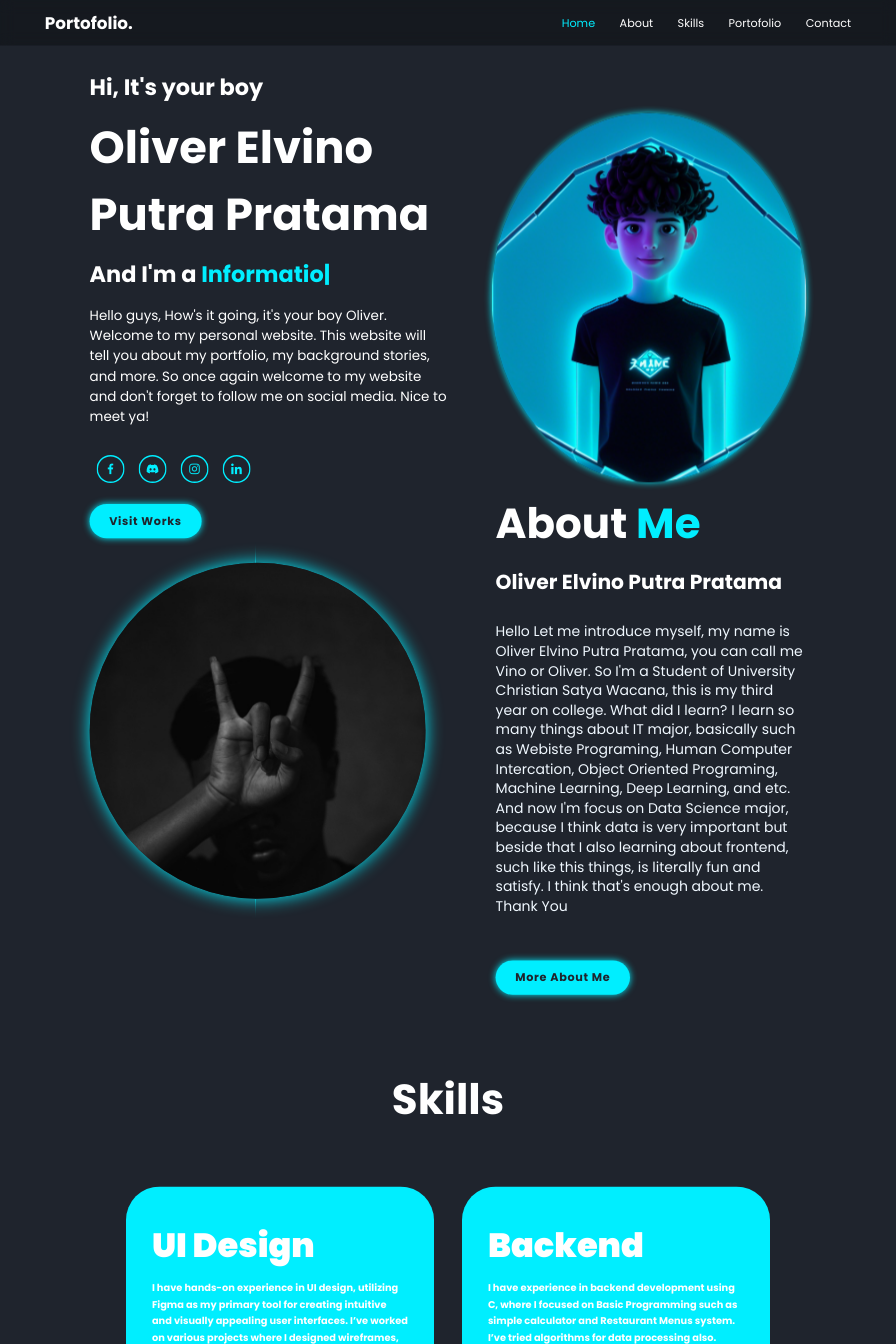
Repository: Olovrelvino/personalWebsite-HtmlCssJs-project
Page: main.html
An editor plug-in stored every save of this project. The page is shown before and after the next save, followed by the edit.
The browser window is 1280 px wide. The pictures show the part of the page from y = 0 to 1920 px (the page is 3629 px tall before and 3600 px after), at 70% of full size.
Some web libraries are served in a nearby version.

Above is the page before, as saved 2024-09-23 22:50:48.

### main.html
<!DOCTYPE html>
<html lang="en">
<head>
    <meta charset="UTF-8">
    <meta name="viewport" content="width=device-width, initial-scale=1.0">
    <title>Oliver's Portofolio</title>
    <link href='https://unpkg.com/boxicons@2.1.4/css/boxicons.min.css' rel='stylesheet'>
    <link rel="stylesheet" href="style.css">
</head>

<body>

    <!-- NAVBAR SECTION -->
    <header class="header">
        <a href="#" class="logo">Portofolio.</a>

        <nav class="navbar">
          <div class="hamburger-menu">
            <div class="bar"></div>
            <div class="bar"></div>
            <div class="bar"></div>
          </div>
          <ul class="nav-menu">
            <li><a href="#home" class="nav-links" style="--i:1;">Home</a></li>
            <li><a href="#about" class="nav-links" style="--i:2;">About</a></li>
            <li><a href="#Skills" class="nav-links" style="--i:3;">Skills</a></li>
            <li><a href="portofolio.html" class="nav-links" style="--i:4;">Portofolio</a></li>
            <li><a href="#contact" class="nav-links" style="--i:5;">Contact</a></li>
          </ul>
        </nav>
      </header>

      <!-- HOME SECTION -->
      <section id="home" class="section home">
        <div class="home-content">
          <h3>Hi, It's your boy</h3>
          <h1>Oliver Elvino Putra Pratama</h1>
          <h3>And I'm a <span class="multiple-text"></span></h3>
          <p>Hello guys, How's it going, it's your boy Oliver. Welcome to my personal website. This website will tell you about my portfolio, my background stories, and more. So once again welcome to my website and don't forget to follow me on social media. Nice to meet ya!</p>
          <div class="social-media">
            <a href="#" style="--i:7;"><i class="bx bxl-facebook"></i></a>
            <a href="#" style="--i:8;"><i class='bx bxl-discord-alt'></i></a>
            <a href="#" style="--i:9;"><i class="bx bxl-instagram"></i></a>
            <a href="#" style="--i:10;"><i class="bx bxl-linkedin"></i></a>
          </div>
          <a href="#" class="btn">Visit Works</a>
        </div>
        <div class="home-img">
          <img src="imagePW.png" alt="Oliver Elvino">
        </div>
      </section>

    <!-- ABOUT SECTION -->
     <section class="about" id="about">
        <div class="about-img">
            <img src="vino2.jpg">
        </div>
        <div class="about-text">
            <h2>About <span>Me</span></h2>
            <h4>Oliver Elvino Putra Pratama</h4>
            <P>Hello Let me introduce myself, my name is Oliver Elvino Putra Pratama, you can call me Vino or Oliver.
                So I'm a Student of University Christian Satya Wacana, this is my third year on college. What did I learn? I learn so many things about IT major,
                basically such as Webiste Programing, Human Computer Intercation, Object Oriented Programing,
                Machine Learning, Deep Learning, and etc. And now I'm focus on Data Science major, because I think data is very important but
                beside that I also learning about frontend, such like this things, is literally fun and satisfy. I think that's enough about me. Thank You
            </P>
            <a href="#" class="btn-content">More About Me</a>
        </div>
     </section>

     <!-- SKILLS SECTION -->
     <section class="Skills" id="Skills">
        <div class="skills-text">
            <h2>Skills</h2>
        </div>

        <div class="Skills-container">
            <div class="Skills-box">
                <div class="Skills-info">
                    <h4>UI Design</h4>
                    <p>I have hands-on experience in UI design, utilizing Figma as my primary tool for creating intuitive and visually appealing user interfaces.
                        I’ve worked on various projects where I designed wireframes, prototypes, and high-fidelity mockups. Figma’s collaborative features enabled me to work efficiently with team members,
                        iterate designs quickly, and maintain consistency across different screen sizes and platforms.
                    </p>
                </div>
            </div>

            <div class="Skills-box">
                <div class="Skills-info">
                    <h4>Backend</h4>
                    <p>I have experience in backend development using C,
                        where I focused on Basic Programming such as simple calculator and Restaurant Menus system.
                        I’ve tried algorithms for data processing also.
                    </p>
                </div>
            </div>

            <div class="Skills-box">
                <div class="Skills-info">
                    <h4>Frontend</h4>
                    <p>
                        I have experience in frontend development, using HTML, CSS, and JavaScript to build responsive and dynamic website.
                        I’ve created user-friendly interfaces, ensuring cross-browser compatibility and optimizing for performance.
                    </p>
                </div>
            </div>

            <div class="Skills-box">
                <div class="Skills-info">
                    <h4>DataBase</h4>
                    <p>
                        I have experience in database management using MySQL, Oracle APEX, and ERD.
                        I’ve designed and optimized relational databases, created detailed ER diagrams to model data structures,
                        and implemented them in MySQL for efficient data handling.
                    </p>
                </div>
            </div>
        </div>
     </section>

     <!-- CONTACT SECTION -->
     <section class="contact" id="contact">
        <h2 class="heading">Contact <span class="highlight">Me</span></h2>

        <form action="">
            <div class="input-group">
                <div class="input-box">
                    <input type="text" placeholder="Full name">
                    <input type="email" placeholder="Email">
                </div>
                <div class="input-box">
                    <input type="number" placeholder="Phone Number">
                    <input type="text" placeholder="Subject">
                </div>
            </div>

            <div class="input-group-2">
                <textarea name="" id="" cols="30" rows="10" placeholder="Your Message"></textarea>
                <input type="submit" value="Send Message" class="btn-contact">
            </div>
        </form>
     </section>

     <!-- FOOTER SECTION -->
     <footer class="footer">
        <div class="social">
            <a href="#" style="--i:7;"><i class='bx bxl-instagram'></i></a>
            <a href="#" style="--i:8;"><i class='bx bxl-facebook' ></i></a>
            <a href="#" style="--i:9;"><i class='bx bxl-discord-alt' ></i></a>
            <a href="#" style="--i:10;"><i class='bx bxl-github'></i></a>
        </div>

        <ul class="list">
            <li>
                <a href="#">FAQ</a>
            </li>

            <li>
                <a href="#">About</a>
            </li>

            <li>
                <a href="#">Portfolio</a>
            </li>

            <li>
                <a href="#">Contact</a>
            </li>
            <p class="copyright">
                © Oliver Elvino | All Right Reserved
            </p>
        </ul>
     </footer>

    <script src="https://unpkg.com/typed.js@2.1.0/dist/typed.umd.js"></script>
    <script src="script.js"></script>
</body>
</html>

### style.css
@import url('https://fonts.googleapis.com/css?family=Poppins:400,700,900');

* {
    margin: 0;
    padding: 0;
    border: none;
    outline: none;
    scroll-behavior: smooth;
    box-sizing: border-box;
    font-family: 'Poppins', sans-serif;
}

body {
    background: #1f242d;
    color: #fff;
    overflow-x: hidden;

}

.header {
    position: fixed;
    top: 0;
    left: 0;
    width: 100%;
    padding: 15px 5%;
    background: rgba(0, 0, 0, 0.3);
    backdrop-filter: blur(10px);
    display: flex;
    justify-content: space-between;
    align-items: center;
    z-index: 100;
  }

  .logo {
    font-size: 1.5rem;
    color: #fff;
    text-decoration: none;
    font-weight: 600;
  }

  .navbar {
    display: flex;
    align-items: center;
  }

  .nav-menu {
    display: flex;
    list-style: none;
  }

  .nav-links {
    font-size: 1rem;
    color: #fff;
    text-decoration: none;
    font-weight: 500;
    margin-left: 35px;
    transition: .3s;
  }

  .nav-links:hover,
  .nav-links.active {
    color: #0ef;
  }

  .hamburger-menu {
    display: none;
    cursor: pointer;
  }

  .bar {
    display: block;
    width: 25px;
    height: 3px;
    margin: 5px auto;
    transition: all 0.3s ease-in-out;
    background-color: #fff;
  }

  @media screen and (max-width: 768px) {
    .hamburger-menu {
      display: block;
    }

    .hamburger-menu.active .bar:nth-child(2) {
      opacity: 0;
    }

    .hamburger-menu.active .bar:nth-child(1) {
      transform: translateY(8px) rotate(45deg);
    }

    .hamburger-menu.active .bar:nth-child(3) {
      transform: translateY(-8px) rotate(-45deg);
    }

    .nav-menu {
      position: fixed;
      left: -100%;
      top: 70px;
      gap: 0;
      flex-direction: column;
      background-color: rgba(0, 0, 0, 0.8);
      width: 100%;
      text-align: center;
      transition: 0.3s;
    }

    .nav-links {
      margin: 16px 0;
    }

    .nav-menu.active {
      left: 0;
    }
  }

  .home {
    min-height: 100vh;
    padding: 100px 5% 0;
    display: flex;
    justify-content: center;
    align-items: center;
    flex-direction: column-reverse;
  }

  .home-content {
    max-width: 100%;
    text-align: center;
  }

  .home-content h3 {
    font-size: 2rem;
    font-weight: 700;
    opacity: 0;
    animation: slideBottom 1s ease forwards;
    animation-delay: .7s;
  }

  .home-content h3 span {
    color:#0ef;
  }

  .home-content h3:nth-of-type(2) {
    margin-bottom: 20px;
    animation: slideTop 1s ease forwards;
    animation-delay: .7s;
  }

  .home-content h1 {
    font-size: 2.5rem;
    font-weight: 600;
    margin: 15px 0;
    opacity: 0;
    animation: slideRight 1s ease forwards;
    animation-delay: 1s;
  }

  .home-content p {
    font-size: 1rem;
    margin-bottom: 30px;
    opacity: 0;
    animation: slideLeft 1s ease forwards;
    animation-delay: 1s;
  }

  .home-img img {
    max-width: 300px;
    width: 100%;
    height: auto;
    border-radius: 50%;
    box-shadow: 0 0 10px #0ef;
    margin-bottom: 30px;
    opacity: 0;
    animation: zoomIn 1s ease forwards, floatImage 4s ease-in-out infinite;
    animation-delay: 2s, 3s;
  }

  .social-media {
    display: flex;
    justify-content: center;
    flex-wrap: wrap;
    margin-bottom: 20px;
  }

  .social-media a {
    display: inline-flex;
    justify-content: center;
    align-items: center;
    width: 40px;
    height: 40px;
    background: transparent;
    border: 2px solid #0ef;
    border-radius: 50%;
    font-size: 20px;
    color: #0ef;
    text-decoration: none;
    margin: 10px;
    transition: .5s ease;
    opacity: 0;
    animation: slideLeft 1s ease forwards;
    animation-delay: calc(.2s * var(--i));
  }

  .social-media a:hover {
    background: #0ef;
    color: #1f242d;
    box-shadow: 0 0 20px #0ef;
  }

  .btn {
    display: inline-block;
    padding: 12px 28px;
    background: #0ef;
    border-radius: 40px;
    box-shadow: 0 0 10px #0ef;
    font-size: 16px;
    color: #1f242d;
    letter-spacing: 1px;
    text-decoration: none;
    font-weight: 600;
    opacity: 0;
    animation: slideTop 1s ease forwards;
    animation-delay: 2s;
  }

  @media screen and (min-width: 768px) {
    .home {
      flex-direction: row;
      justify-content: space-between;
      text-align: left;
      padding: 100px 10% 0;
    }

    .home-content {
      max-width: 50%;
      text-align: left;
    }

    .home-content h1 {
      font-size: 3.5rem;
    }

    .home-content p {
      font-size: 1.1rem;
    }

    .home-img img {
      max-width: 400px;
      margin-bottom: 0;
    }

    .social-media {
      justify-content: flex-start;
    }
  }

  @media screen and (min-width: 1024px) {
    .home-content h1 {
      font-size: 4rem;
    }

    .home-content p {
      font-size: 1.2rem;
    }

    .home-img img {
      max-width: 450px;
    }
  }


.about {
    position: relative;
    width: 100%;
    height: 80vh;
    display: flex;
    justify-content: space-between;
    gap: 100px;
    align-items: center;
    padding: 10% 10% 0;
    padding-top: 10px;
}

.about-img img {
    margin-bottom: 30px;
    max-width: 480px;
    border-radius: 50%;
    box-shadow: 0 0 25px #0ef;
    cursor: pointer;
    transition: 0.4s ease-in-out;

}

.about-img img:hover {
    box-shadow: 0 0 25px #0ef,
                0 0 50px #0ef,
                0 0 100px #0ef;

}

.about-text h2 {
    font-size: 60px;
}

.about-text h2 span {
    color:#0ef;
}

.about-text h4 {
    font-size: 29px;
    font-weight: 600;
    color:#fff;
    line-height: 1.7;
    margin: 15px 0 30px;

}

.about-text p {
    color: aliceblue;
    font-size: 20px;
    line-height: 1.4;
    margin-bottom: 4rem;

}

.btn-content {
    display: inline-block;
    padding: 12px 28px;
    background: #0ef;
    border-radius: 40px;
    box-shadow: 0 0 10px #0ef;
    font-size: 16px;
    color: #1f242d;
    letter-spacing: 1px;
    text-decoration: none;
    font-weight: 600;
}

.Skills {
    margin: 180px;
}

.skills-text h2 {
    margin-bottom: 5rem;
    font-size: 60px;
    text-align: center;
    color: #fff;
}

.Skills-container {
    display: grid;
    grid-template-columns: repeat(2, 1fr);
    align-items: center;
    gap: 2.5rem;
}

.Skills-box {
    background-color:#0ef;
    height: 300px;
    border-radius: 3rem;
    border: 5px solid transparent;
    cursor: pointer;
    transition: 0.4s ease-in-out;
}

.Skills-box:hover {
    background: #fff;
    color:#1f242d;
    border: 5px solid #0ef;
    transform: scale(1.03);
}

.Skills-box .Skills-info {
    display: flex;
    flex-direction: column;
    text-align: left;
    max-height: 200px;
    justify-content: left;
    align-items: baseline;
    padding: 2rem 2rem;
}

.Skills-info h4 {
    font-size: 3rem;
    font-weight: 800;
    line-height: 2;
}

.Skills-info p {
    font-size: 14px;
    font-weight: 600;
    max-height: 100px;
    line-height: 1.7;
    margin: auto;
}

.contact {
    margin-top: 50px;
    padding: 50px 20px;
    text-align: center;
}

.contact .heading {
    font-size: 56px;
    margin-bottom: 40px;
    font-weight: 600;
}

.highlight {
    color:#0ef;
}

.input-group, .input-group-2 {
    display: block;
    width: 100%;
    max-width: 600px;
    margin: 0 auto;
}


.input-box {
    width: 100%;
    margin-bottom: 20px;
}

input, textarea {
    width: 100%;
    padding: 15px;
    font-size: 16px;
    margin-bottom: 15px;
    border: 2px solid #303d43;
    border-radius: 10px;
    box-sizing: border-box;
}


textarea {
    height: 200px;
    resize: none;
}


.btn-contact {
    display: block;
    width: 30%;
    padding: 15px;
    background-color: #0ef;
    font-size: 16px;
    border: none;
    border-radius: 5px;
    cursor: pointer;
    transition: 0.3s ease;
    margin-top: 10px;
}

.btn-contact:hover {
    color:#1f242d;
    box-shadow: 0 0 25px #0ef;
}

.footer {
    position: relative;
    bottom: 0;
    width: 100%;
    padding: 40px 0;
    background-color: rgba(0, 0, 0, 0.3);

}

.footer .social {
    text-align: center;
    padding-bottom: 25px;
    color: #0ef;

}

.footer .social a {
    font-size: 25px;
    color: #0ef;
    border: 2px solid #0ef;
    width: 42px;
    height: 42px;
    line-height: 42px;
    display: inline-block;
    text-align: center;
    border-radius: 50%;
    margin: 0 10px;
    transition: 0.3s ease-in-out;

}

.footer .social a:hover {
    transform: scale(1.2)translateY(-10px);
    background-color: #0ef;
    color:#1f242d;
    box-shadow: 0 0 25px #0ef;
}

.footer ul {
    margin-top: 0;
    padding: 0;
    font-size: 18px;
    line-height: 1.6;
    margin-bottom: 0;
    text-align: center;
}

.footer ul li a {
    color:#fff;
    border-bottom: 3px solid transparent;
    transition: 0.3s ease-in-out;
}

.footer ul li a:hover {
    border-bottom: 3px solid #0ef;
}

.footer ul li {
    display: inline-block;
    padding: 0 15px;
}

.footer .copyright {
    margin-top: 50px;
    text-align: center;
    font-size: 16px;
    color:#fff;
}


/* KEYFRAMES ANIMATION */
@keyframes slideRight {
    0% {
        transform: translateX(-100px);
        opacity: 0;
    }

    100% {
        transform: translateX(0);
        opacity: 1;
    }
}

@keyframes slideLeft {
    0% {
        transform: translateX(100px);
        opacity: 0;
    }

    100% {
        transform: translateX(0);
        opacity: 1;
    }
}

@keyframes slideTop {
    0% {
        transform: translateY(100px);
        opacity: 0;
    }

    100% {
        transform: translateY(0);
        opacity: 1;
    }
}

@keyframes slideBottom {
    0% {
        transform: translateY(-100px);
        opacity: 0;
    }

    100% {
        transform: translateY(0);
        opacity: 1;
    }
}

@keyframes zoomIn {
    0% {
        transform: scale(0);
        opacity: 0;
    }

    100% {
        transform: scale(1);
        opacity: 1;
    }
}

@keyframes floatImage {
    0% {
        transform: translateY(0);

    }
    50% {
        transform: translateY(-24px);

    }
    100% {
        transform: translateY(0);

    }
}

### script.js
var typed = new Typed(".multiple-text", {
    strings: ["Student of UKSW", "Information Technology Major", "Code Anthusiast"],
    typeSpeed: 100,
    backSpeed: 100,
    backDelay: 1000,
    loop: true
})

// document.querySelectorAll('.navbar a').forEach(anchor => {
//     anchor.addEventListener('click', function(e) {
//         const target = document.querySelector(this.getAttribute('href'));

//         // Remove 'active' class from all links
//         document.querySelectorAll('.navbar a').forEach(link => {
//             link.classList.remove('active');
//         });

//         // Add 'active' class to the clicked link
//         this.classList.add('active');

//         // Smooth scroll to the section (only if the target exists)
//         if (target) {
//             e.preventDefault();
//             target.scrollIntoView({
//                 behavior: 'smooth'
//             });
//         }
//     });
// });

// // Mendapatkan semua elemen section yang ditargetkan
// const sections = document.querySelectorAll('section');
// const navLinks = document.querySelectorAll('.navbar a');

// // Fungsi untuk mengubah tautan yang aktif
// function changeActiveNav() {
//     let index = sections.length;

//     // Loop untuk menentukan bagian halaman mana yang sedang di viewport
//     while (--index && window.scrollY + 100 < sections[index].offsetTop) {}

//     // Hapus class 'active' dari semua tautan
//     navLinks.forEach((link) => link.classList.remove('active'));

//     // Tambahkan class 'active' pada tautan yang sesuai dengan bagian halaman
//     navLinks[index].classList.add('active');
// }

// // Event listener ketika halaman discroll
// window.addEventListener('scroll', changeActiveNav);

// // Event listener untuk klik pada tautan navbar
// navLinks.forEach((link) => {
//     link.addEventListener('click', function() {
//         // Hapus class 'active' dari semua tautan
//         navLinks.forEach((link) => link.classList.remove('active'));

//         // Tambahkan class 'active' pada tautan yang diklik
//         this.classList.add('active');
//     });
// });

// // Deteksi apakah halaman Portfolio sedang dibuka
// if (window.location.href.includes('portofolio.html')) {
//     document.querySelector('.navbar a[href="portofolio.html"]').classList.add('active');
// }

// Mengambil semua link navigasi dan bagian
const sections = document.querySelectorAll('section');
const navLinks = document.querySelectorAll('.navbar a');

// Fungsi untuk menambahkan kelas 'active' ke link navigasi
window.onscroll = () => {
    let current = "";

    sections.forEach(section => {
        const sectionTop = section.offsetTop;
        const sectionHeight = section.clientHeight;

        // Memeriksa jika posisi scroll berada di dalam section
        if (pageYOffset >= sectionTop - sectionHeight / 3) {
            current = section.getAttribute('id'); // Mendapatkan id dari section yang aktif
        }
    });

    navLinks.forEach(link => {
        link.classList.remove('active'); // Menghapus class active dari semua link
        if (link.getAttribute('href').includes(current)) {
            link.classList.add('active'); // Menambahkan class active ke link yang sesuai
        }
    });
};

document.addEventListener('DOMContentLoaded', () => {
    const hamburger = document.querySelector('.hamburger-menu');
    const navMenu = document.querySelector('.nav-menu');

    hamburger.addEventListener('click', () => {
      hamburger.classList.toggle('active');
      navMenu.classList.toggle('active');
    });

    document.querySelectorAll('.nav-links').forEach(n => n.addEventListener('click', () => {
      hamburger.classList.remove('active');
      navMenu.classList.remove('active');
    }));
  });

After the next save:
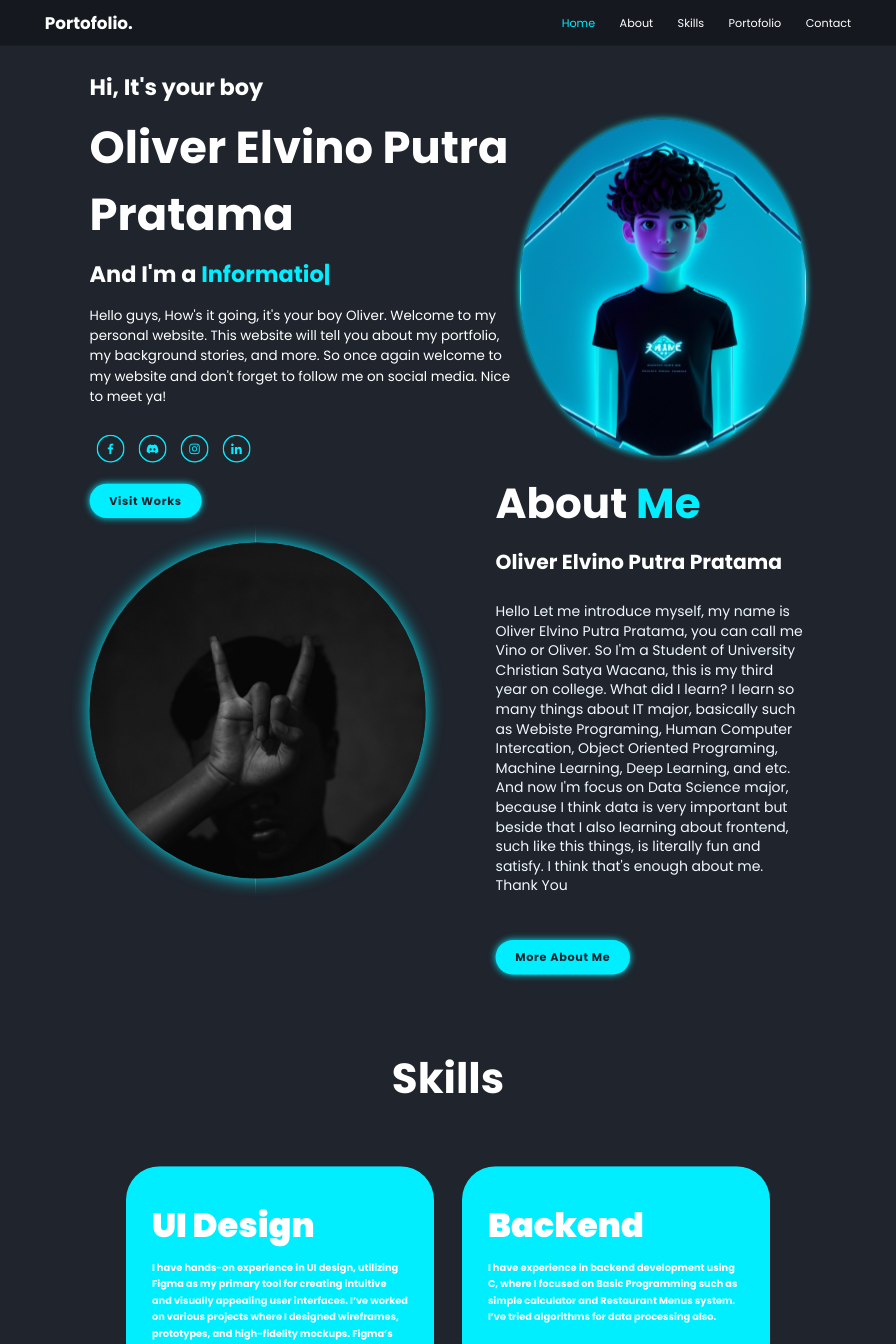
Saved 20 s later.
--- a/style.css
+++ b/style.css
@@ -232,7 +232,7 @@ body {
     }
 
     .home-content {
-      max-width: 50%;
+      max-width: 60%;
       text-align: left;
     }
 
